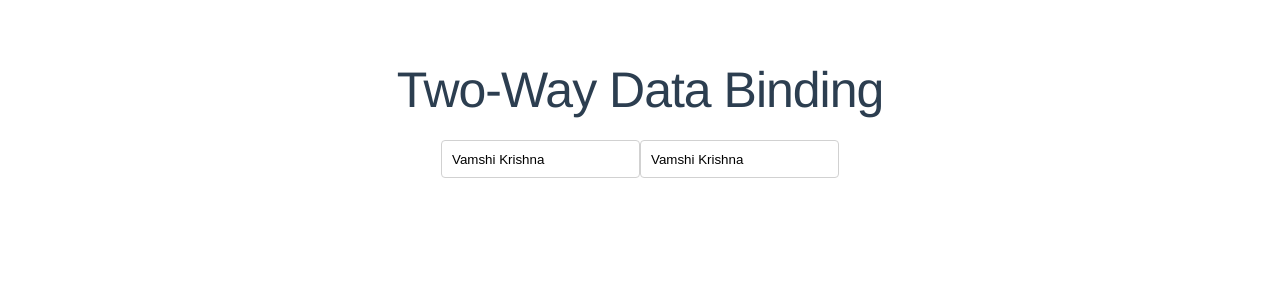
Repository: chsvk/Vue-JS-Course
Page: /person
The author's editor kept a copy of each file at every save. The page is drawn from the files as they stood at one save, then again after the next save.
The browser window is 1280 px wide. The pictures show the whole page.
The project was rebuilt for these pictures with package versions that can differ from the ones it lists, and the page was loaded fresh each time. Also part of the build but not shown: src/components/HelloWorld.vue.

Above is the page before, as saved 2019-03-11 21:22:33.

### public/index.html
<!DOCTYPE html>
<html lang="en">
  <head>
    <meta charset="utf-8">
    <meta http-equiv="X-UA-Compatible" content="IE=edge">
    <meta name="viewport" content="width=device-width,initial-scale=1.0">
    <link rel="icon" href="<%= BASE_URL %>favicon.ico">
    <link rel="stylesheet" href="https://cdnjs.cloudflare.com/ajax/libs/skeleton/2.0.4/skeleton.min.css">
    <title>testproject</title>
  </head>
  <body>
    <noscript>
      <strong>We're sorry but testproject doesn't work properly without JavaScript enabled. Please enable it to continue.</strong>
    </noscript>
    <div id="app"></div>
    <!-- built files will be auto injected -->
  </body>
</html>

### src/App.vue
<template>
  <div id="app">
    <h1>Two-Way Data Binding</h1>
    <input type="text" placeholder="Enter V-Bind name" v-bind:value="name">
    <input type="text" placeholder="Enter V-Model Name" v-model="name">
  </div>
</template>

<script>
import HelloWorld from './components/HelloWorld.vue'

export default {
  name: 'app',
  data(){
    return{
      name: 'Vamshi Krishna'
    }
  }
}
</script>

<style lang="scss">
#app {
  font-family: 'Avenir', Helvetica, Arial, sans-serif;
  -webkit-font-smoothing: antialiased;
  -moz-osx-font-smoothing: grayscale;
  text-align: center;
  color: #2c3e50;
  margin-top: 60px;

  .active{
    background: lightblue;
  }
}
</style>

Loaded but not shown: src/main.js (common file)

After the next save:
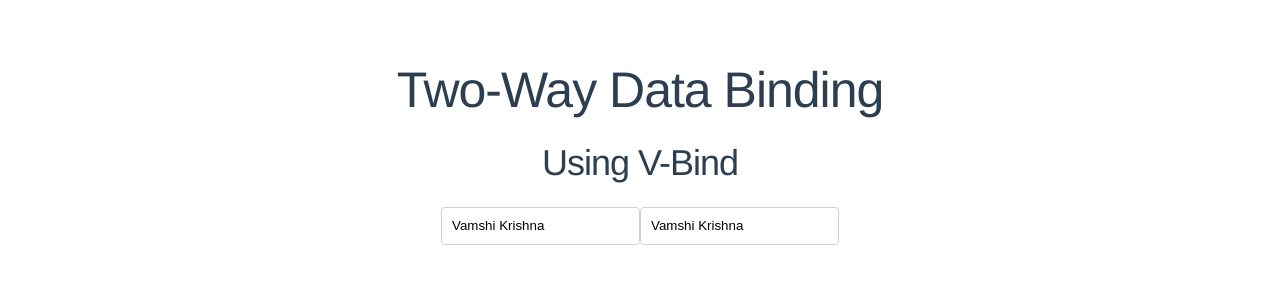
Saved 26 s later.
--- a/src/App.vue
+++ b/src/App.vue
@@ -1,6 +1,7 @@
 <template>
   <div id="app">
     <h1>Two-Way Data Binding</h1>
+    <h3>Using V-Bind</h3>
     <input type="text" placeholder="Enter V-Bind name" v-bind:value="name">
     <input type="text" placeholder="Enter V-Model Name" v-model="name">
   </div>
